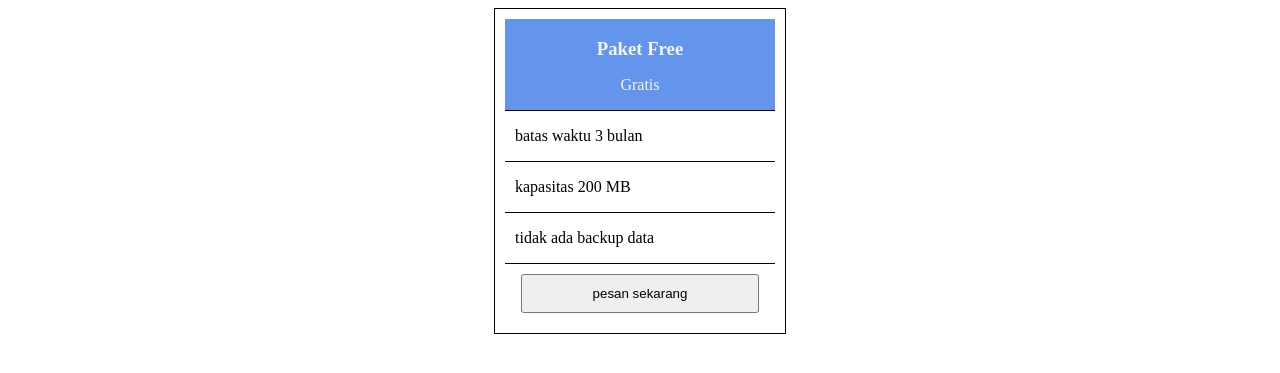
Repository: AHSANS354/tugas-sib5
Page: tugas css/index.html
These files come from the project's save history. The page is drawn as it stood at one moment and after the next save; the edit follows.
The browser window is 1280 px wide. The pictures show the whole page.

Above is the page before, as saved 2023-08-29 15:45:12.

### tugas css/index.html
<!DOCTYPE html>
<html lang="en">
  <head>
    <meta charset="UTF-8" />
    <meta name="viewport" content="width=device-width, initial-scale=1.0" />
    <title>Tugas css eksternal</title>
    <link rel="stylesheet" href="style.css" />
  </head>
  <body>
    <!-- <table>
      <tr>
        <th>
          <p>paket free</p>
          <p>gratis</p>
        </th>
        <th>
          <p>paket premium</p>
          <p>rp.350.000,-</p>
        </th>
        <th>
          <p>paket profesional</p>
          <p>rp.500.000,-</p>
        </th>
      </tr>
      <tr>
        <td>batas waktu 3 bulan</td>
        <td>batas waktu 1 tahun</td>
        <td>batas waktu 2 tahun</td>
      </tr>
      <tr>
        <td>kapasitas 200 MB</td>
        <td>kapasitas 1GB</td>
        <td>kapasitas 3GB</td>
      </tr>
      <tr>
        <td>tidak ada backup data</td>
        <td>dilengkapi backup data</td>
        <td>dilengkapi backup data</td>
      </tr>
      <tr>
        <td>pesan sekarang</td>
        <td>pesan sekarang</td>
        <td>bonus domain</td>
      </tr>
      <tr>
        <td colspan="2"></td>
        <td>pesan sekarang</td>
      </tr>
    </table> -->
    <div class="container">
      <div class="row">
        <div class="col">
          <div class="card">
            <div class="header">
              <div>
                <h3>Paket Free</h3>
              </div>
              <div>
                <p>Gratis</p>
              </div>
            </div>
            <div class="content">
              <div>
                <p>batas waktu 3 bulan</p>
              </div>
              <div>
                <p>kapasitas 200 MB</p>
              </div>
              <div>
                <p>tidak ada backup data</p>
              </div>
              <div class="btn">
                <button type="button">pesan sekarang</button>
              </div>
            </div>
          </div>
        </div>
      </div>
    </div>
  </body>
</html>

### tugas css/style.css
th {
  border: 2px solid #000;
}

td {
  border: 2px solid #000;
}

.card {
  border: 1px solid black;
  padding: 10px;
  width: 270px;
}

.container {
  display: flex;
  justify-content: center;
}

.row {
  width: 50%;
}

.col {
  display: flex;
  justify-content: space-around;
}

.header {
  background-color: cornflowerblue;
  color: whitesmoke;
  display: flex;
  justify-content: center;
  align-items: center;
  flex-direction: column;
}

.content div {
  border-top: 1px solid black;
}

.content p {
  padding-left: 10px;
}

.btn {
  display: flex;
  justify-content: center;
}

button {
  padding: 10px 70px;
  margin: 10px 5px;
}

h3 {
  margin-bottom: 0;
}

After the next save:
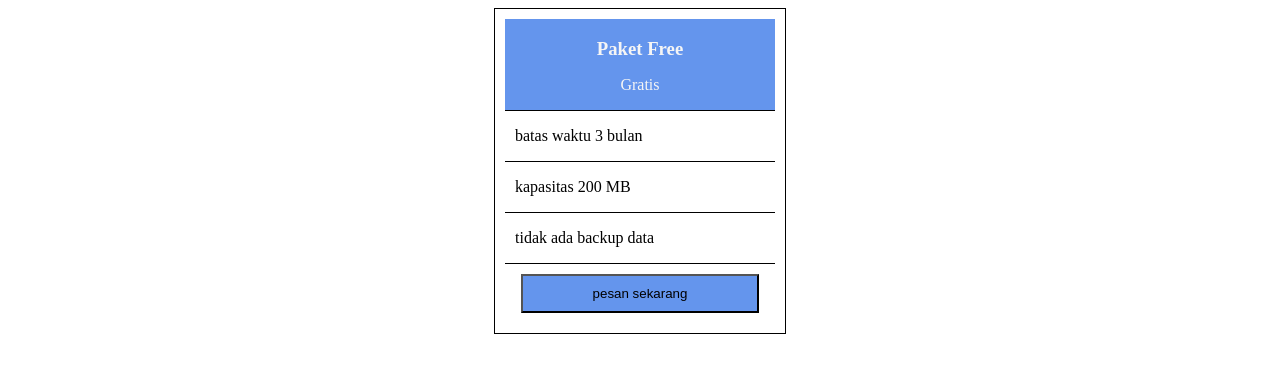
Saved 28 s later.
--- a/tugas css/style.css
+++ b/tugas css/style.css
@@ -51,6 +51,7 @@ td {
 button {
   padding: 10px 70px;
   margin: 10px 5px;
+  background-color: cornflowerblue;
 }
 
 h3 {
